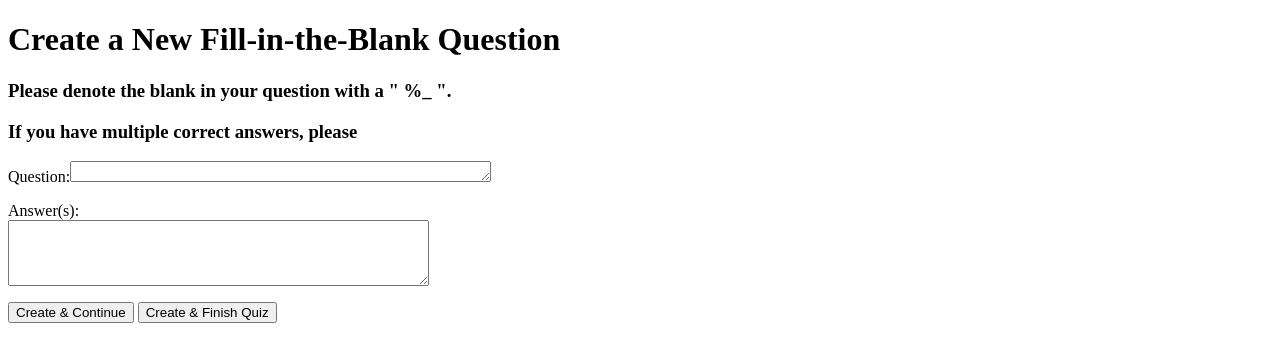
Repository: sarahhtn/CS108_final_project
Page: QuizWebsite/WebContent/CreateFITB.html
An editor plug-in stored every save of this project. The page is shown before and after the next save, followed by the edit.
The browser window is 1280 px wide. The pictures show the whole page.

Above is the page before, as saved 2013-11-16 22:15:56.

### QuizWebsite/WebContent/CreateFITB.html
<!DOCTYPE html PUBLIC "-//W3C//DTD HTML 4.01 Transitional//EN" "http://www.w3.org/TR/html4/loose.dtd">
<html>
<head>
<meta http-equiv="Content-Type" content="text/html; charset=UTF-8">
<title>New Fill-In Question</title>
</head>
<body>
<h1>Create a New Fill-in-the-Blank Question</h1>
<h3>Please denote the blank in your question with a " %_ ".</h3>
<h3>If you have multiple correct answers, please </h3>
<form action="QServlet" method="post">
<p>Question:<textarea rows = "1" cols = "50" name="question"></textarea> </p>
<p>Answer(s): <br> <textarea rows = "4" cols = "50" name="answer"></textarea> </p>
<input type="submit" value="Create & Continue"/>
<input type="submit" value="Create & Finish Quiz"/>
</form>

</body>
</html>

After the next save:
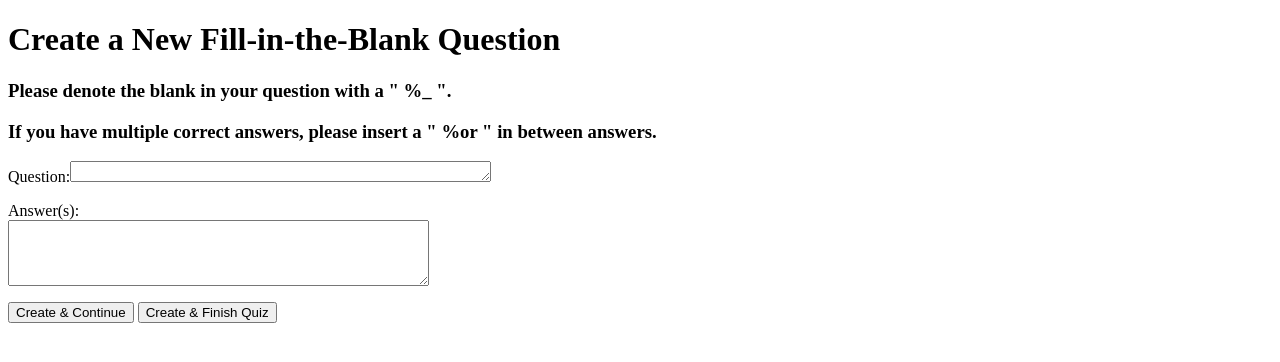
Saved 15 s later.
--- a/QuizWebsite/WebContent/CreateFITB.html
+++ b/QuizWebsite/WebContent/CreateFITB.html
@@ -7,7 +7,7 @@
 <body>
 <h1>Create a New Fill-in-the-Blank Question</h1>
 <h3>Please denote the blank in your question with a " %_ ".</h3>
-<h3>If you have multiple correct answers, please </h3>
+<h3>If you have multiple correct answers, please insert a " %or " in between answers.</h3>
 <form action="QServlet" method="post">
 <p>Question:<textarea rows = "1" cols = "50" name="question"></textarea> </p>
 <p>Answer(s): <br> <textarea rows = "4" cols = "50" name="answer"></textarea> </p>
